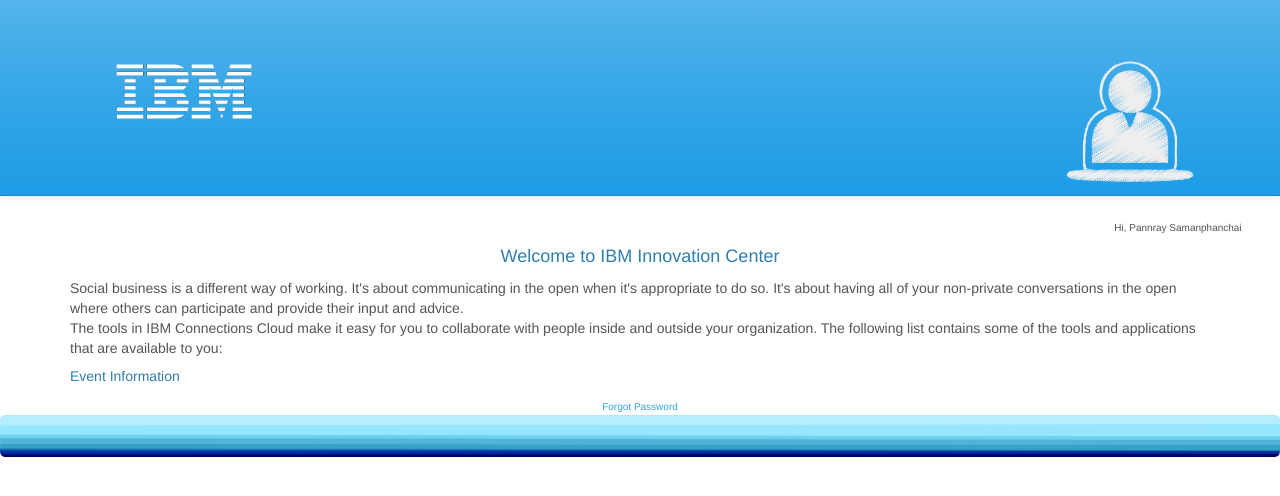
Repository: InnovationCenterOrg/InnovationCustomer
Page: http://localhost/InnovationCustomer/view/test.jsp
An editor plug-in stored every save of this project. The page is shown before and after the next save, followed by the edit.
The browser window is 1280 px wide. The pictures show the whole page.
Some web libraries are served in a nearby version. The page is served by Tomcat 9.

Above is the page before, as saved 2016-03-03 04:30:34.

After the next save:
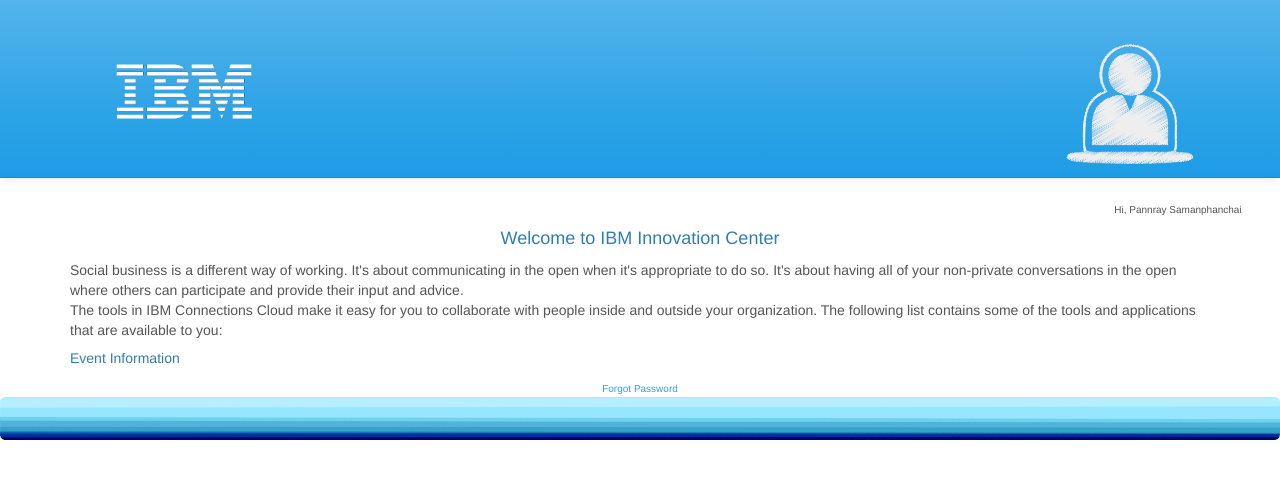
Saved 14 s later.
--- a/InnovationCustomer/WebContent/view/test.jsp
+++ b/InnovationCustomer/WebContent/view/test.jsp
@@ -25,7 +25,7 @@
 			</div>
 			<div>
 			  	<a class="btn dropdown-toggle" data-toggle="dropdown" href="#" style="width: 80%">
-			    	<img style="margin-top: 5%" align="right" class="img-responsive" src="profile_icon_3.ico" width="15%" height="15%"/>
+			    	<img style="margin-top: 3%" align="right" class="img-responsive" src="profile_icon_3.ico" width="15%" height="15%"/>
 			 	 </a>
 			  	<ul class="dropdown-menu  pull-right" role="menu">
 			    	<li style="background-color: #75c3f0"><a tabindex="-1" href="ViewProfileInitAction">Profile Setting</a></li>
